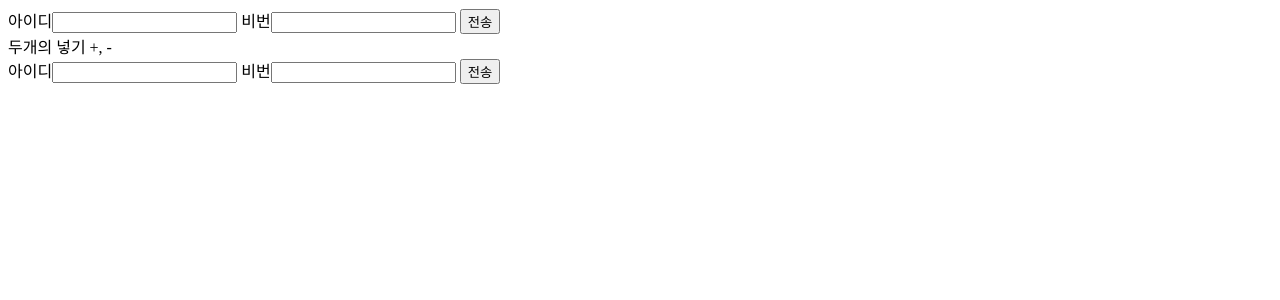
Repository: dron512/jspsogo
Page: http://localhost/ex0315/a.jsp
These files come from the project's save history. The page is drawn as it stood at one moment and after the next save; the edit follows.
The browser window is 1280 px wide. The pictures show the whole page.
The page is served by Tomcat 9.

Above is the page before, as saved 2022-03-15 04:57:21.

After the next save:
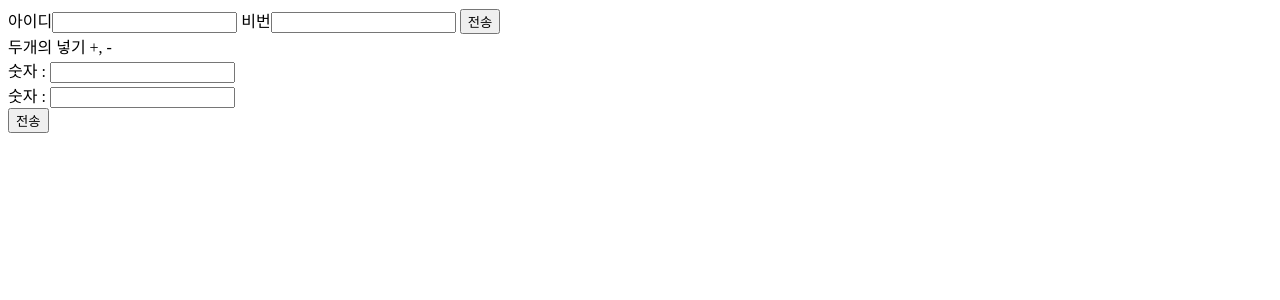
Saved 13 s later.
--- a/jsp_work2-2/ex0315/src/main/webapp/a.jsp
+++ b/jsp_work2-2/ex0315/src/main/webapp/a.jsp
@@ -16,8 +16,8 @@
 </form>
 두개의 넣기 +, -
 <form action="calcu.jsp">
-	아이디<input type="text" name="id">
-	비번<input type="text" name="pw">
+	숫자 : <input type="text" name="id"><br>
+	숫자 : <input type="text" name="pw"><br>
 	<input type="submit" value="전송">
 </form>
 </body>
